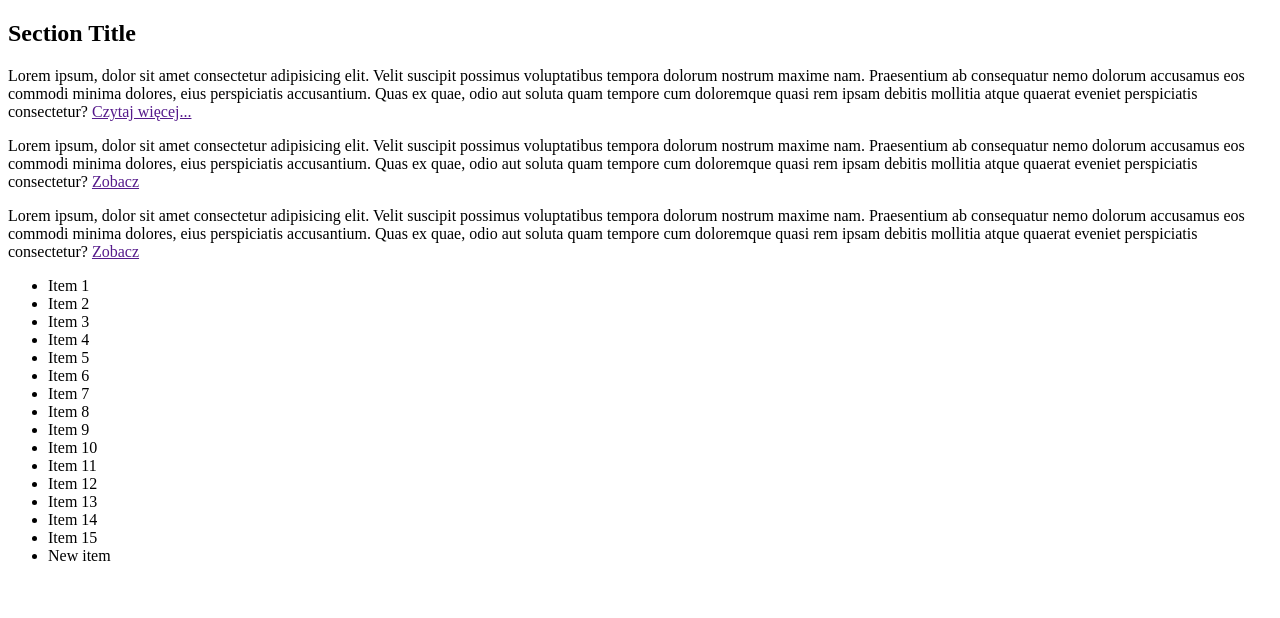
Repository: magdaf41/jQuery
Page: zadanie 3/index.html
An editor plug-in stored every save of this project. The page is shown before and after the next save, followed by the edit.
The browser window is 1280 px wide. The pictures show the whole page.

Above is the page before, as saved 2020-09-08 21:12:21.

### zadanie 3/index.html
<!DOCTYPE html>
<html>

<head>
    <meta charset=utf-8 />
    <title>Return first and last name from a form - w3resource</title>
</head>

<body>
    <section id="about">
        <h2>Section Title</h2>
        <p class="content">Lorem ipsum, dolor sit amet consectetur adipisicing
        elit. Velit suscipit possimus voluptatibus tempora dolorum nostrum
        maxime nam. Praesentium ab consequatur nemo dolorum accusamus eos
        commodi minima dolores, eius perspiciatis accusantium. Quas ex quae,
        odio aut soluta quam tempore cum doloremque quasi rem ipsam debitis
        mollitia atque quaerat eveniet perspiciatis consectetur?
        <a href="" title="Read more">Czytaj więcej...</a></p>
        <p class="content">Lorem ipsum, dolor sit amet consectetur adipisicing
        elit. Velit suscipit possimus voluptatibus tempora dolorum nostrum
        maxime nam. Praesentium ab consequatur nemo dolorum accusamus eos
        commodi minima dolores, eius perspiciatis accusantium. Quas ex quae,
        odio aut soluta quam tempore cum doloremque quasi rem ipsam debitis
        mollitia atque quaerat eveniet perspiciatis consectetur?
        <a href="" title="See more">Zobacz</a></p>
        <p class="description">Lorem ipsum, dolor sit amet consectetur adipisicing
        elit. Velit suscipit possimus voluptatibus tempora dolorum nostrum
        maxime nam. Praesentium ab consequatur nemo dolorum accusamus eos
        commodi minima dolores, eius perspiciatis accusantium. Quas ex quae,
        odio aut soluta quam tempore cum doloremque quasi rem ipsam debitis
        mollitia atque quaerat eveniet perspiciatis consectetur?
        <a href="" title="See more">Zobacz</a></p>
        <ul>
             <li class="list-item">Item 1</li>
             <li class="list-item">Item 2</li>
             <li class="list-item">Item 3</li>
             <li class="list-item">Item 4</li>
             <li class="list-item">Item 5</li>
             <li class="list-item">Item 6</li>
             <li class="list-item">Item 7</li>
             <li class="list-item">Item 8</li>
             <li class="list-item">Item 9</li>
             <li class="list-item">Item 10</li>
             <li class="list-item">Item 11</li>
             <li class="list-item">Item 12</li>
             <li class="list-item">Item 13</li>
             <li class="list-item">Item 14</li>
             <li class="list-item">Item 15</li>
        </ul>
   </section>

    <!-- Biblioteka jQuery -->
    <script src="js/jquery-3.5.1.min.js"></script>
    <!--Custom script  -->
    <script src="js/main.js"></script>
</body>

</html>

### zadanie 3/js/main.js
$(document).ready(function () {
   const newLi = $('<li class = "list-item">New item</li>');
   console.log(newLi);

   $('ul').prepend(newLi);

   $('ul').append(newLi);
});

Loaded but not shown: zadanie 3/js/jquery-3.5.1.min.js (library)

After the next save:
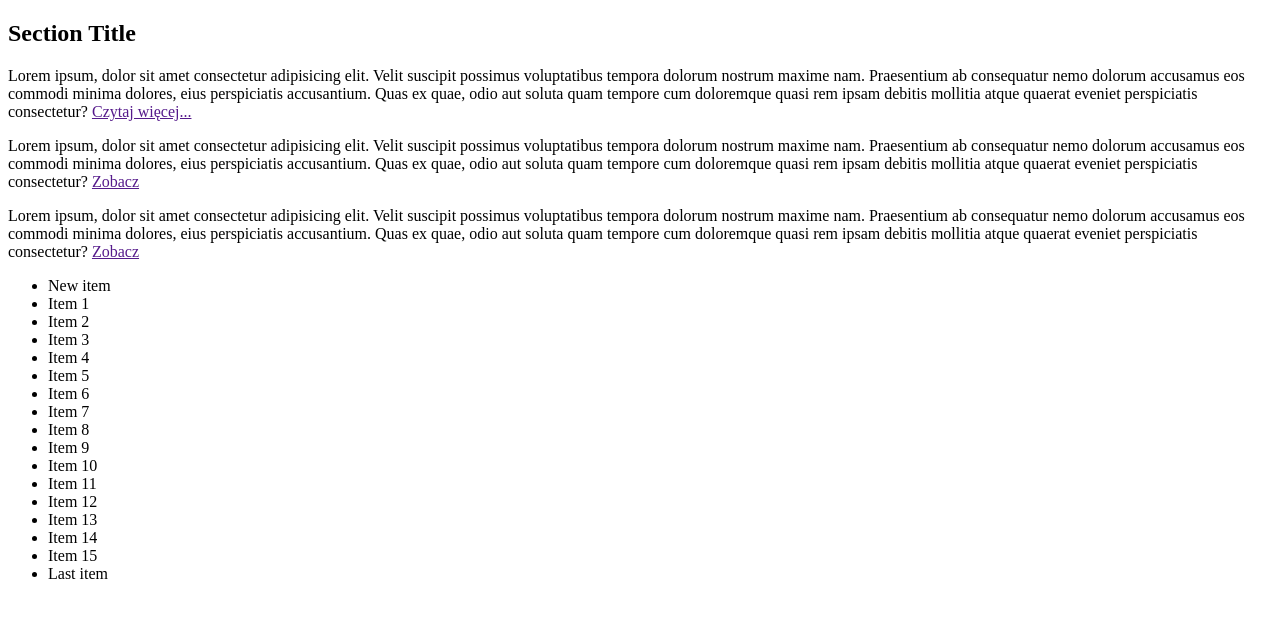
Saved 40 s later.
--- a/zadanie 3/js/main.js
+++ b/zadanie 3/js/main.js
@@ -4,5 +4,5 @@ $(document).ready(function () {
 
    $('ul').prepend(newLi);
 
-   $('ul').append(newLi);
+   $('ul').append('<li class="list-item">Last item</li>');
 });
